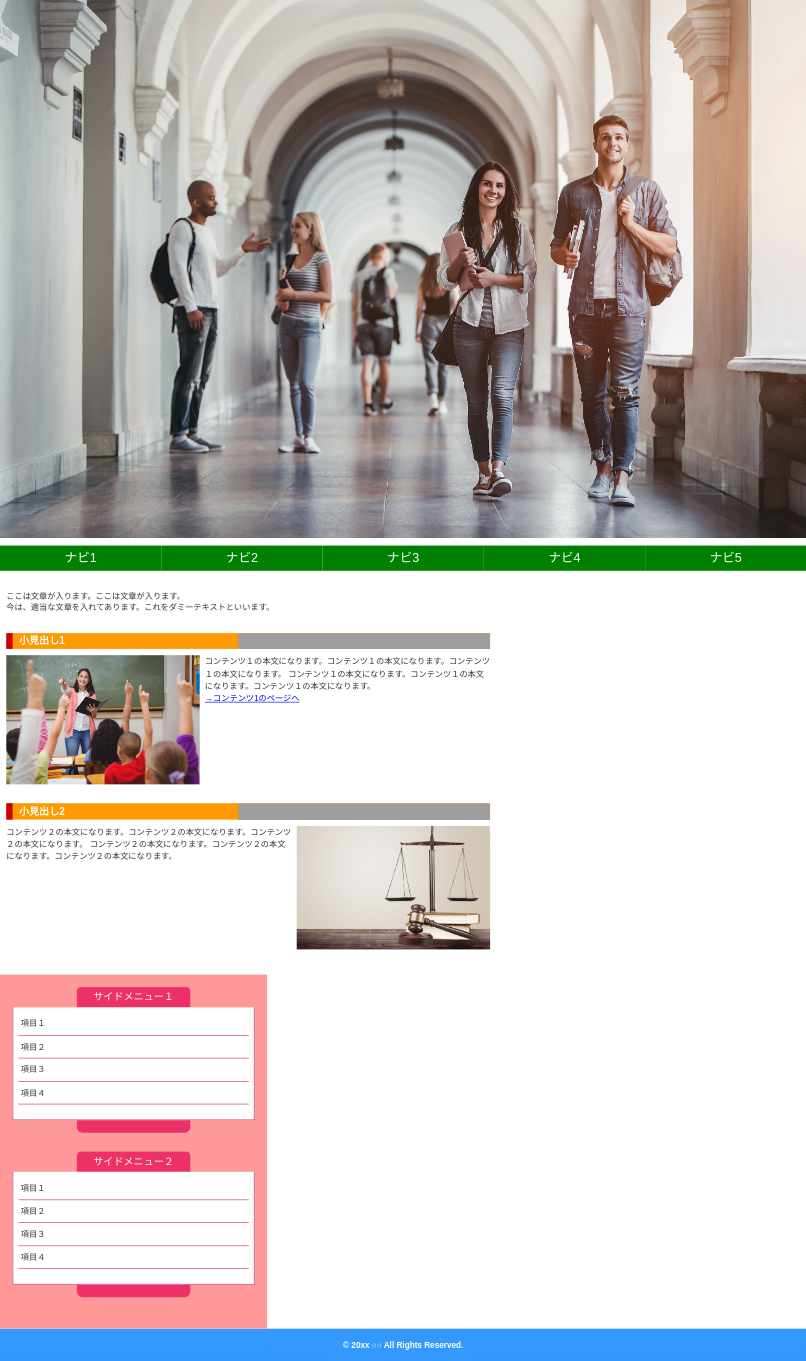
Repository: noritag/samurai_HTML-CSS
Page: home.html
The author's editor kept a record of every edit. The page is drawn from the files as they stood at one moment, then again after the next edit.
The browser window is 1280 px wide. The pictures show the whole page, at 63% of full size.
Pictures or frames that could not be fetched are drawn as grey boxes.

Above is the page before.

### home.html
<!DOCTYPE html>
<html lang="ja">
    <head>
        <meta charset="UTF-8">
        <title>HTML/CSSの学習</title>
        <link rel="stylesheet" href="stylesheet.css">
    </head>
<body>
    <div id="header">
        <h1><a href=index.html><img id="corridor" src="images/corridor.jpg" alt="大学の廊下" /></a></h1>
    </div>
    <div id="wrapper">
        <div id="nav">
            <ul>
                <li><a href="home.html">ナビ1</a></li>
                <li><a href="#">ナビ2</a></li>
                <li><a href="#">ナビ3</a></li>
                <li><a href="#">ナビ4</a></li>
                <li><a href="#">ナビ5</a></li>
            </ul>
        </div>
        <div id="container">
            <div id= "main">
                <div class="post">
                    <p>ここは文章が入ります。ここは文章が入ります。<br />今は、適当な文章を入れてあります。これをダミーテキストといいます。</p>
                </div>
                <div class="post clearfix">
                    <h2>小見出し1</h2>
                    <img class="left" src="images/classroom.jpg" alt="授業風景"/>
                    <p>
                        コンテンツ１の本文になります。コンテンツ１の本文になります。コンテンツ１の本文になります。
                        コンテンツ１の本文になります。コンテンツ１の本文になります。コンテンツ１の本文になります。
                    </p>
                    <p><a href="#">→コンテンツ1のページへ</a></p>
                </div>
                <div class="post clearfix">
                    <h2>小見出し2</h2>
                    <img class="right" src="images/scale.jpg" alt="天秤"/>
                    <p>
                        コンテンツ２の本文になります。コンテンツ２の本文になります。コンテンツ２の本文になります。
                        コンテンツ２の本文になります。コンテンツ２の本文になります。コンテンツ２の本文になります。
                    </p>
                </div>
            </div>
            <div id="side">
                <div class="box">
                    <h2>サイドメニュー１</h2>
                    <div class="boxBody">
                        <ul>
                            <li>項目１</li>
                            <li>項目２</li>
                            <li>項目３</li>
                            <li>項目４</li>
                        </ul>
                    </div>
                </div>
                <div class="box">
                    <h2>サイドメニュー２</h2>
                    <div class="boxBody">
                        <ul>
                            <li>項目１</li>
                            <li>項目２</li>
                            <li>項目３</li>
                            <li>項目４</li>
                        </ul>
                    </div>
                </div>
            </div>
        </div>
    <div id="footer">
        <p>&copy; 20xx ○○ All Rights Reserved.</p>
    </div>
</body>
</html>

### stylesheet.css
@charset "utf-8";

body {
    margin: 0;
    padding: 0;
    font-family: "ヒラギノ角ゴ Pro W3", "Hiragino Kaku Gothic Pro", "メイリオ", Meiryo, Osaka, "MS Pゴシック", "MS PGothic", sans-serif;
    color: #333;
    font-size: 13px;
    line-height: 150%
}

/* -------------------- wrapper -------------------- */
#wrapper {
    width: 100%;
    margin: auto;
    padding: 0px;
    border: 0px;
    background-color: #FFF;
    top: 10px;
    position: relative;
}

/* -------------------- header -------------------- */
#header {
    width: 100%;
}

#header h1 {
    margin: 0;
    padding: 0;
}

#corridor {
    width: 100%;
    height: auto;
}

/* -------------------- footer -------------------- */
#footer {
    clear: both;
    width: 100%;
    padding: 3px 0 3px 0;
    background: #39F;
    color: #FFF;
    font-weight: bold;
    text-align: center;
}

/* -------------------- nav -------------------- */
#nav {
    width: 100%;
}

#nav ul {
    display: flex;
    margin: 0;
    padding: 0;
    list-style-type: none;
}

#nav ul li {
    width: 20%;
    text-align: center;
}

#nav ul li a {
    display: block;
    height: 20px;
    margin: 0;
    padding: 10px;
    color: #FFF;
    font-size: 20px;
    text-decoration: none;
    background-color: green;
}

#nav ul li a:hover {
    filter: drop-shadow(10px 10px 10px black);
}

/* -------------------- container -------------------- */
#container {
    width: 100%;
    margin: auto;
    padding: auto;
    padding-top: 20px;
    clear: both;
    display: grid;
    grid-temple-columns: 70vw 30vw;
}

/* -------------------- main -------------------- */
#main {
    width: 95%;
    float: left;
    width: 60%;
    padding: 10px 30px 10px 10px;
}
#main h2 {
    margin: 0 0 10px 0;
    padding: 3px 10px 3px 10px;
    color: #FFF;
    font-size: 16px;
    border-left: solid 10px #C00;
    background: #F90 url(../imges/main_h2.jpg) right top repeat-y;
}
#main p {
    margin: 0;
    padding: 0;
}
#main .post {
    margin: 0 0 30px 0;
}

#main .post img.right {
    margin: 0 0 0 8px;
}
#main .post img.left {
    margin: 0 8px 0 0;
}

.right {
    float: right;
    width: 40%;
    height: auto;
}
.left {
    float: left;
    width: 40%;
    height: auto;
}

/* -------------------- clearfix -------------------- */
.clearfix {
    zoom: 1;
}
.clearfix:after{
    content: "";
    display: block;
    clear: both;
}

/* -------------------- side -------------------- */
#side {
    float: right;
    width: 30%;
    padding: 20px;
    background-color: #F99;
}
#side .box {
    margin: 0 auto 30px auto;
    padding: 0 0 20px 0;
    background: url(images/side_box.png) bottom no-repeat;
}
#side .box h2 {
    margin: 0;
    padding: 8px;
    text-align: center;
    color: #fff;
    font-size: 16px;
    line-height: 16px;
    font-weight: normal;
    background: url(images/side_box_h2.png) center no-repeat;
}
#side .box .boxBody {
    padding: 8px;
    border-right: solid 1px #C36;
    border-bottom: solid 1px #C36;
    border-left: solid 1px #C36;
    background: #fff;
}
#side .box .boxBody ul {
    margin: 0 0 16px 0;
    padding: 0;
}
#side .box .boxBody ul li {
    padding: 8px 0 8px 4px;
    list-style: none;
    border-bottom: solid 1px #C36;
}
#side .box .boxBody ul li:hover {
    padding: 8px 0px 8px 4px;
    list-style: none;
    border-bottom: solid 1px #C36;
    box-shadow: 0px 4px 4px rgba(0, 0, 0, 0.3);
}

After the next edit:
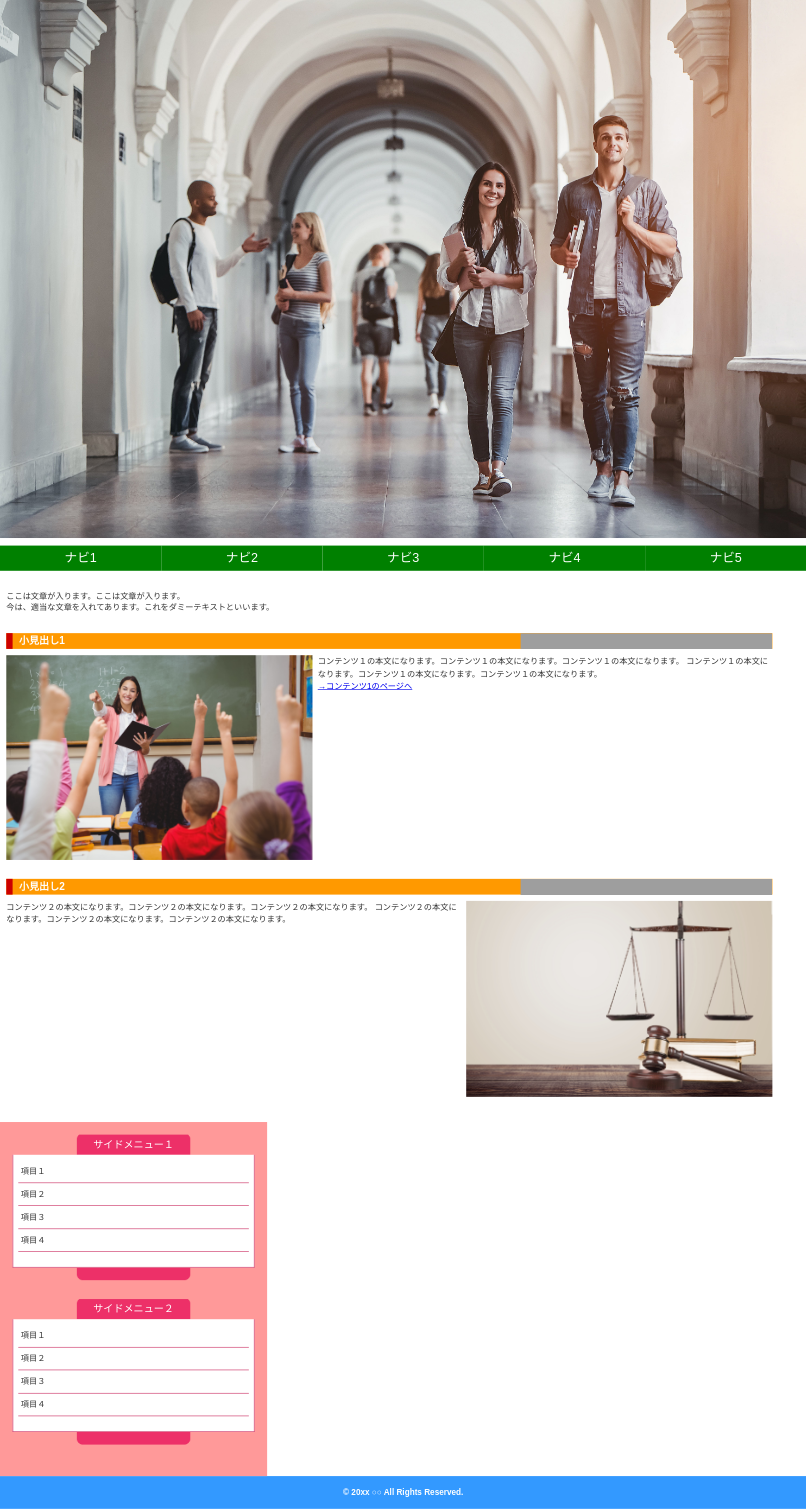
The edit:
--- a/stylesheet.css
+++ b/stylesheet.css
@@ -92,8 +92,6 @@
 /* -------------------- main -------------------- */
 #main {
     width: 95%;
-    float: left;
-    width: 60%;
     padding: 10px 30px 10px 10px;
 }
 #main h2 {
